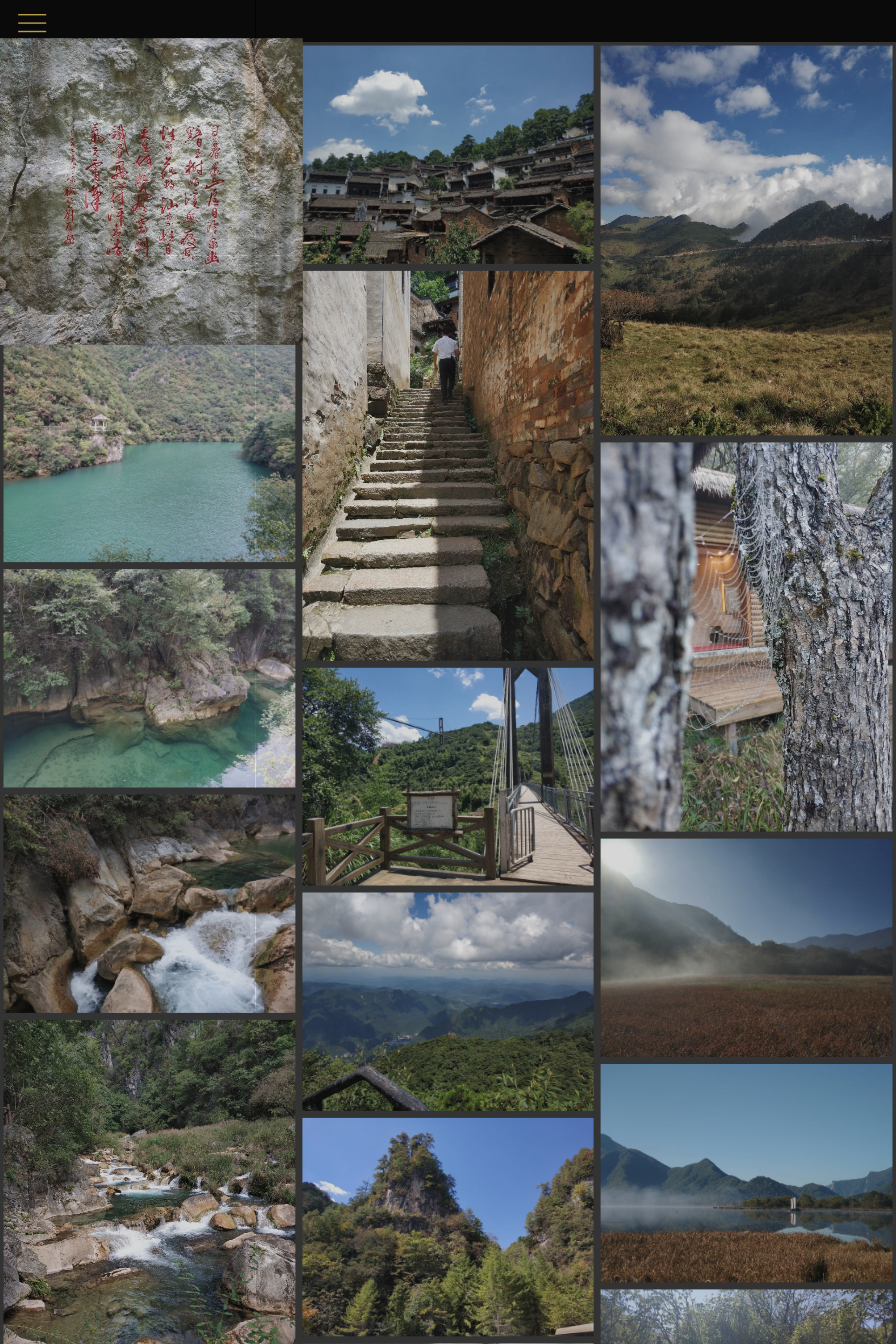
Repository: ustc-hzy/ziYang
Page: album.html
The author's editor kept a copy of each file at every save. The page is drawn from the files as they stood at one save, then again after the next save.
The browser window is 1280 px wide. The pictures show the part of the page from y = 0 to 1920 px (the page is 2726 px tall before and 2491 px after), at 70% of full size.
The pointer rests on the first visible `.item img`.

Above is the page before, as saved 2020-06-18 22:12:15.

After the next save:
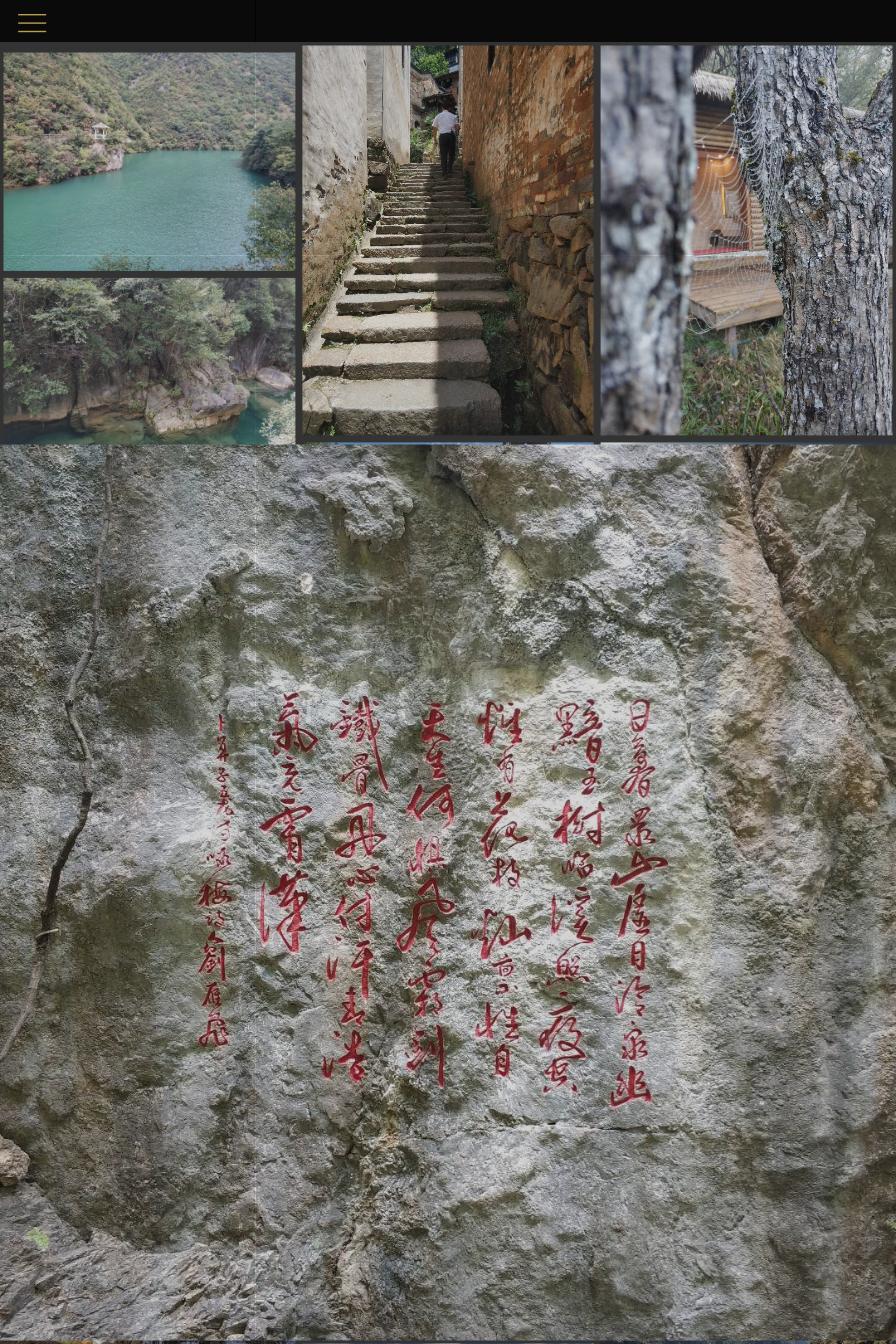
Saved 17 s later.
--- a/css/album.css
+++ b/css/album.css
@@ -28,5 +28,8 @@
 }
 .item img:hover{
     transform: scale(1.05, 1.05);
-    position: relative;
+    position: absolute;
+    top: 50%;
+    left: 50%;
+    transform: translate(-50%,-50%);
 }

After the save that followed:
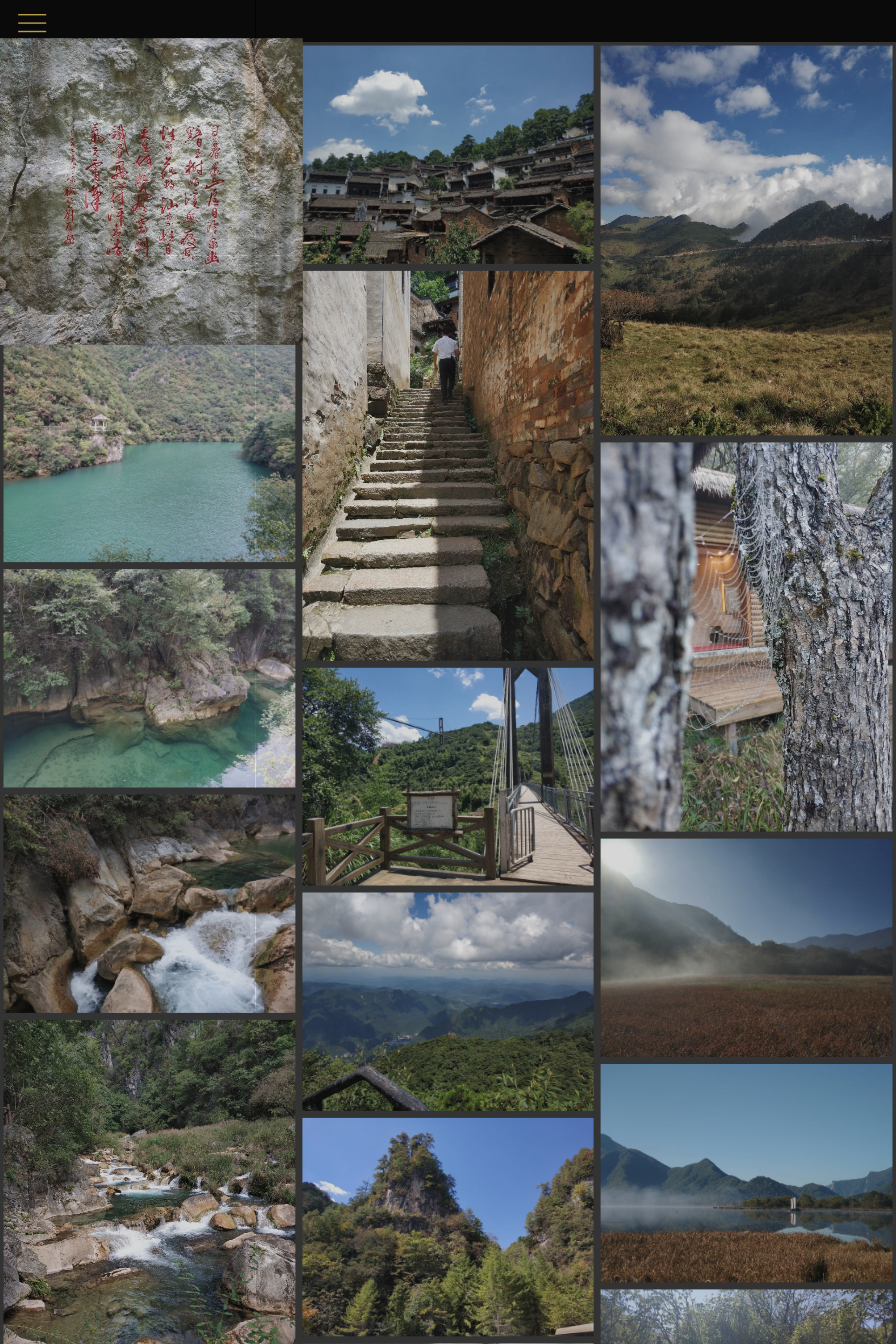
Saved 22 s later.
--- a/css/album.css
+++ b/css/album.css
@@ -28,8 +28,4 @@
 }
 .item img:hover{
     transform: scale(1.05, 1.05);
-    position: absolute;
-    top: 50%;
-    left: 50%;
-    transform: translate(-50%,-50%);
 }
